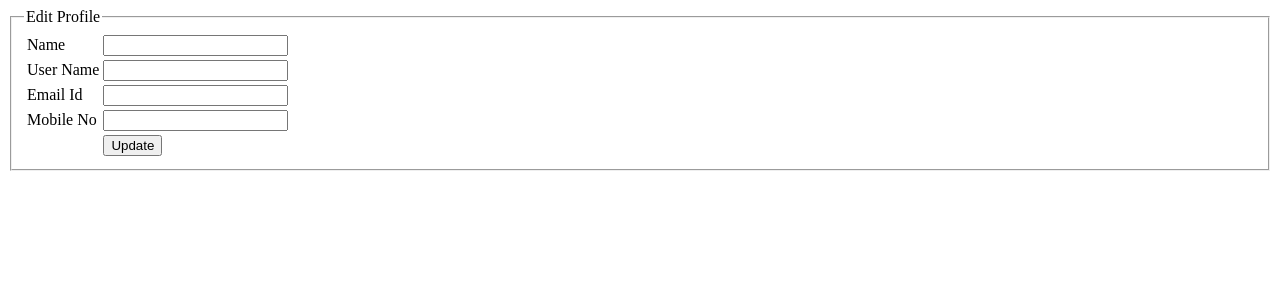
Repository: nosranijuned/WebRegister
Page: WebRegister/WebContent/view/EditProfile.html
These files come from the project's save history. The page is drawn as it stood at one moment and after the next save; the edit follows.
The browser window is 1280 px wide. The pictures show the whole page.

Above is the page before, as saved 2019-03-12 06:56:00.

### WebRegister/WebContent/view/EditProfile.html
<!DOCTYPE html>
<html>
<head>
<meta charset="ISO-8859-1">
<title>Insert title here</title>
</head>
<body>
<form action="" method="post">
	<fieldset>
  		<legend>Edit Profile</legend>
		<table>
			<tr><td>Name</td><td><input type="text" name="name"></td></tr>
			<tr><td>User Name</td><td><input type="text" name="uname" readonly></td></tr>
			<tr><td>Email Id</td><td><input type="email" name="email"></td></tr>
			<tr><td>Mobile No</td><td><input type="text" name="mobile"></td></tr>
			<tr><td></td><td><input type="submit" value="Update"></td></tr>
		</table>
	</fieldset>
</form>
</body>
</html>

After the next save:
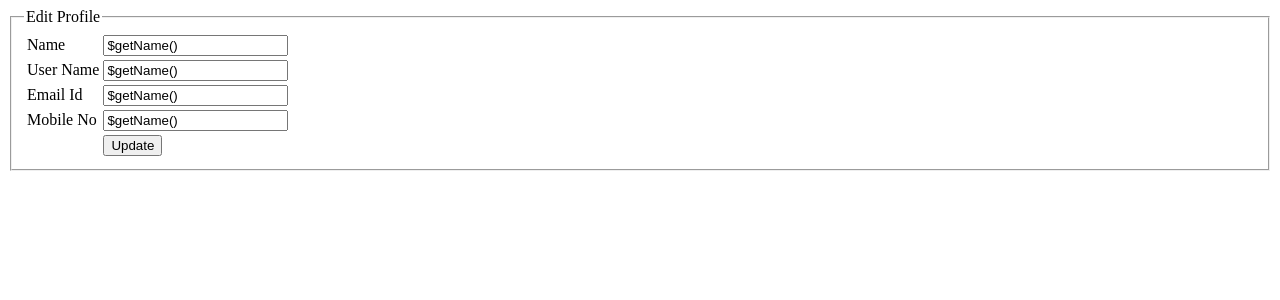
Saved 30 s later.
--- a/WebRegister/WebContent/view/EditProfile.html
+++ b/WebRegister/WebContent/view/EditProfile.html
@@ -9,10 +9,10 @@
 	<fieldset>
   		<legend>Edit Profile</legend>
 		<table>
-			<tr><td>Name</td><td><input type="text" name="name"></td></tr>
-			<tr><td>User Name</td><td><input type="text" name="uname" readonly></td></tr>
-			<tr><td>Email Id</td><td><input type="email" name="email"></td></tr>
-			<tr><td>Mobile No</td><td><input type="text" name="mobile"></td></tr>
+			<tr><td>Name</td><td><input type="text" name="name" value="$getName()"></td></tr>
+			<tr><td>User Name</td><td><input type="text" name="uname" value="$getName()" readonly></td></tr>
+			<tr><td>Email Id</td><td><input type="email" name="email" value="$getName()"></td></tr>
+			<tr><td>Mobile No</td><td><input type="text" name="mobile" value="$getName()"></td></tr>
 			<tr><td></td><td><input type="submit" value="Update"></td></tr>
 		</table>
 	</fieldset>
